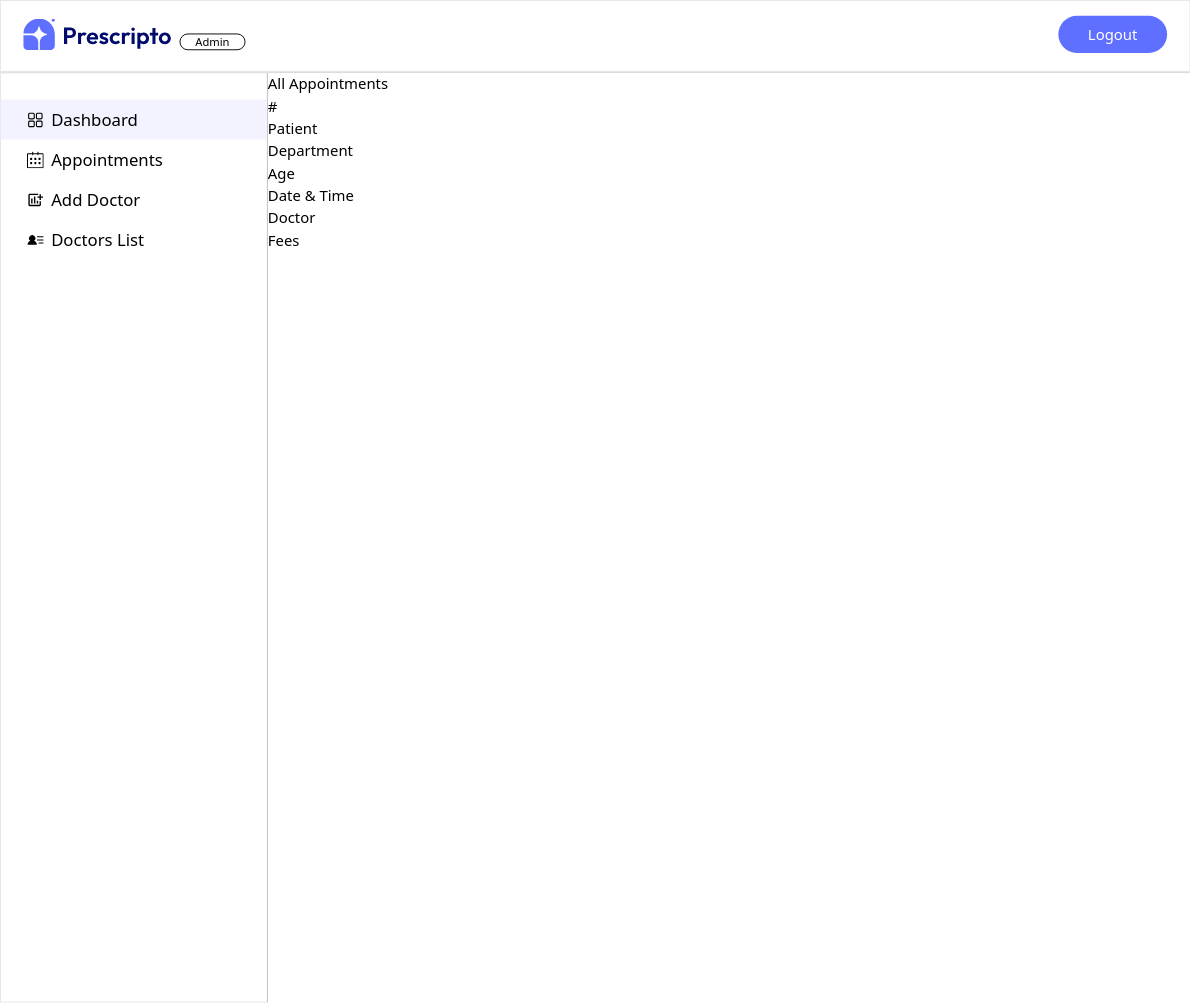
Repository: AzizHamdi99/Prescripto
Page: /allAppointments (app in AdminPanel/)
The author's editor kept a copy of each file at every save. The page is drawn from the files as they stood at one save, then again after the next save.
The browser window is 1280 px wide. The pictures show the whole page, at 93% of full size.
The page's requests for data from a server got no answer. The project was rebuilt for these pictures with package versions that can differ from the ones it lists, and the page was loaded fresh each time. No one was signed in, and anything a server would have sent is missing. Also part of the build but not shown: AdminPanel/vite.config.js, AdminPanel/src/componants/AddDoctor.jsx, AdminPanel/src/componants/DocotorsList.jsx.

Above is the page before, as saved 2025-01-17 12:53:39.

### AdminPanel/index.html
<!doctype html>
<html lang="en">
  <head>
    <meta charset="UTF-8" />
    <link rel="icon" type="image/svg+xml" href="/vite.svg" />
    <meta name="viewport" content="width=device-width, initial-scale=1.0" />
    <title>Prescripto Admin</title>
  </head>
  <body>
    <div id="root"></div>
    <script type="module" src="/src/main.jsx"></script>
  </body>
</html>

### AdminPanel/src/main.jsx
import { StrictMode } from 'react'
import { createRoot } from 'react-dom/client'
import './index.css'
import App from './App.jsx'
import { BrowserRouter } from "react-router-dom";

createRoot(document.getElementById('root')).render(
  <BrowserRouter>
    <App />
  </BrowserRouter>,
)

### AdminPanel/src/App.jsx
import { useState } from 'react'
import{Route,Routes} from 'react-router-dom'

import './App.css'
import Navbar from './componants/Navbar'
import SideBar from './componants/SideBar'
import AddDoctor from './componants/AddDoctor'
import DocotorsList from './componants/DocotorsList'
import AllAppointments from './componants/AllAppointments'

function App() {


  return (
    <div>
      <Navbar/>
      <div className='flex'>
      <SideBar/>
      <Routes>
      <Route path='/addDoctor' element={<AddDoctor/>}/>
      <Route path='/doctorsList' element={<DocotorsList/>}/>
      <Route path='allAppointments' element={<AllAppointments/>}/>
      </Routes>
      </div>
    </div>

  )
}

export default App

### AdminPanel/src/componants/Navbar.jsx
import React from 'react'
import { assets } from '../../../frontend/src/assets/assets_frontend/assets'

function Navbar() {
  return (
    <div className='flex items-center justify-between px-6 py-4 pb-5 border-b-[#BEBEBE] border-[1px]  '>
        <div className='flex items-center justify-center'>
        <img src={assets.logo} alt="" className=' w-40 mr-2'  />
         <p className=' px-4 border-black border 1 rounded-xl font-light text-xs relative top-2'>Admin</p>
                </div>
        <span className='py-2 px-8 rounded-3xl bg-[#5F6FFF] text-white'>Logout</span>



    </div>
  )
}

export default Navbar

### AdminPanel/src/componants/SideBar.jsx
import React from 'react'
import { assets } from '../../../frontend/src/assets/assets_frontend/assets'
import { RxDashboard } from "react-icons/rx";
import { SlCalender } from "react-icons/sl";
import { MdAddChart } from "react-icons/md";
import { PiUserListFill } from "react-icons/pi";
import { useNavigate } from 'react-router-dom';


function SideBar() {
  const navigate=useNavigate();
  return (
    <div className='flex flex-col py-7 w-72 text-[18px] border-r-[#BEBEBE] border-[1px] h-[1000px]'>
        <div className='flex items-center gap-2  px-7 py-2 bg-[#F2F3FF] cursor-pointer'>
        <RxDashboard />
        <p>Dashboard</p>
        </div>
        <div onClick={()=>navigate("/allAppointments")} className='flex items-center gap-2 px-7 py-2  cursor-pointer' >
        <SlCalender />
        <p>Appointments</p>
        </div>
        <div onClick={()=>navigate("/addDoctor")} className='flex items-center gap-2 px-7 py-2  cursor-pointer'>
        <MdAddChart />
        <p>Add Doctor</p>
        </div>
        <div onClick={()=>navigate("/doctorsList")}  className='flex items-center gap-2 px-7 py-2  cursor-pointer'>
        <PiUserListFill />
        <p>Doctors List</p>
        </div>

    </div>
  )
}

export default SideBar

### AdminPanel/src/componants/AllAppointments.jsx
import axios from 'axios'
import React, { useEffect, useState } from 'react'

function AllAppointments() {
const[appointments,setAppointments]=useState([])
const [users,setUsers]=useState([])

useEffect(()=>{
    const getAllApointments=async()=>{
        try{
            const response=await axios.get('http://localhost:3000/api/appointment/getAllAppointments')
            setAppointments(response.data)
         //   console.log(response.data)
            console.log(appointments)
        }catch(eroor){
            console.log(eroor)
        }
    }

    const getAllUsers=async()=>{
        try{
            const response=await axios.get('http://localhost:3000/api/user/getAllUsers')
            setUsers(response.data)
        }catch(error){
            console.log(error)
        }
    }
    getAllApointments()
    getAllUsers()

},[])
useEffect(() => {
    console.log( appointments); // Log updated state
}, [appointments]); // Log whenever the state changes

  return (
    <div>
        <p>All Appointments</p>
        <div>
            <div>
                <p>#</p>
                <p>Patient</p>
                <p>Department</p>
                <p>Age</p>
                <p>Date & Time</p>
                <p>Doctor</p>
                <p>Fees</p>
            </div>
            <div>
                {appointments.map((item)=>{


                })}

            </div>

        </div>

    </div>
  )
}

export default AllAppointments

### frontend/src/assets/assets_frontend/assets.js
import appointment_img from './appointment_img.png'
import header_img from './header_img.png'
import group_profiles from './group_profiles.png'
import profile_pic from './profile_pic.png'
import contact_image from './contact_image.png'
import about_image from './about_image.png'
import logo from './logo.svg'
import dropdown_icon from './dropdown_icon.svg'
import dropup_icon from './arrow-drop-up.svg'
import menu_icon from './menu_icon.svg'
import cross_icon from './cross_icon.png'
import chats_icon from './chats_icon.svg'
import verified_icon from './verified_icon.svg'
import arrow_icon from './arrow_icon.svg'
import info_icon from './info_icon.svg'
import upload_icon from './upload_icon.png'
import stripe_logo from './stripe_logo.png'
import razorpay_logo from './razorpay_logo.png'
import doc1 from './doc1.png'
import doc2 from './doc2.png'
import doc3 from './doc3.png'
import doc4 from './doc4.png'
import doc5 from './doc5.png'
import doc6 from './doc6.png'
import doc7 from './doc7.png'
import doc8 from './doc8.png'
import doc9 from './doc9.png'
import doc10 from './doc10.png'
import doc11 from './doc11.png'
import doc12 from './doc12.png'
import doc13 from './doc13.png'
import doc14 from './doc14.png'
import doc15 from './doc15.png'
import Dermatologist from './Dermatologist.svg'
import Gastroenterologist from './Gastroenterologist.svg'
import General_physician from './General_physician.svg'
import Gynecologist from './Gynecologist.svg'
import Neurologist from './Neurologist.svg'
import Pediatricians from './Pediatricians.svg'
import uploadare from './upload_area.png'


export const assets = {
    appointment_img,
    header_img,
    group_profiles,
    logo,
    chats_icon,
    verified_icon,
    info_icon,
    profile_pic,
    arrow_icon,
    contact_image,
    about_image,
    menu_icon,
    cross_icon,
    dropdown_icon,
    upload_icon,
    stripe_logo,
    razorpay_logo,
    dropup_icon,
    uploadare
}

export const specialityData = [
    {
        speciality: 'General physician',
        image: General_physician
    },
    {
        speciality: 'Gynecologist',
        image: Gynecologist
    },
    {
        speciality: 'Dermatologist',
        image: Dermatologist
    },
    {
        speciality: 'Pediatricians',
        image: Pediatricians
    },
    {
        speciality: 'Neurologist',
        image: Neurologist
    },
    {
        speciality: 'Gastroenterologist',
        image: Gastroenterologist
    },
]

export const doctors = [
    {
        _id: 'doc1',
        name: 'Dr. Richard James',
        image: doc1,
        speciality: 'General physician',
        degree: 'MBBS',
        experience: '4 Years',
        about: 'Dr. Davis has a strong commitment to delivering comprehensive medical care, focusing on preventive medicine, early diagnosis, and effective treatment strategies. Dr. Davis has a strong commitment to delivering comprehensive medical care, focusing on preventive medicine, early diagnosis, and effective treatment strategies.',
        fees: 50,
        address: {
            line1: '17th Cross, Richmond',
            line2: 'Circle, Ring Road, London'
        }
    },
    {
        _id: 'doc2',
        name: 'Dr. Emily Larson',
        image: doc2,
        speciality: 'Gynecologist',
        degree: 'MBBS',
        experience: '3 Years',
        about: 'Dr. Davis has a strong commitment to delivering comprehensive medical care, focusing on preventive medicine, early diagnosis, and effective treatment strategies. Dr. Davis has a strong commitment to delivering comprehensive medical care, focusing on preventive medicine, early diagnosis, and effective treatment strategies.',
        fees: 60,
        address: {
            line1: '27th Cross, Richmond',
            line2: 'Circle, Ring Road, London'
        }
    },
    {
        _id: 'doc3',
        name: 'Dr. Sarah Patel',
        image: doc3,
        speciality: 'Dermatologist',
        degree: 'MBBS',
        experience: '1 Years',
        about: 'Dr. Davis has a strong commitment to delivering comprehensive medical care, focusing on preventive medicine, early diagnosis, and effective treatment strategies. Dr. Davis has a strong commitment to delivering comprehensive medical care, focusing on preventive medicine, early diagnosis, and effective treatment strategies.',
        fees: 30,
        address: {
            line1: '37th Cross, Richmond',
            line2: 'Circle, Ring Road, London'
        }
    },
    {
        _id: 'doc4',
        name: 'Dr. Christopher Lee',
        image: doc4,
        speciality: 'Pediatricians',
        degree: 'MBBS',
        experience: '2 Years',
        about: 'Dr. Davis has a strong commitment to delivering comprehensive medical care, focusing on preventive medicine, early diagnosis, and effective treatment strategies. Dr. Davis has a strong commitment to delivering comprehensive medical care, focusing on preventive medicine, early diagnosis, and effective treatment strategies.',
        fees: 40,
        address: {
            line1: '47th Cross, Richmond',
            line2: 'Circle, Ring Road, London'
        }
    },
    {
        _id: 'doc5',
        name: 'Dr. Jennifer Garcia',
        image: doc5,
        speciality: 'Neurologist',
        degree: 'MBBS',
        experience: '4 Years',
        about: 'Dr. Davis has a strong commitment to delivering comprehensive medical care, focusing on preventive medicine, early diagnosis, and effective treatment strategies. Dr. Davis has a strong commitment to delivering comprehensive medical care, focusing on preventive medicine, early diagnosis, and effective treatment strategies.',
        fees: 50,
        address: {
            line1: '57th Cross, Richmond',
            line2: 'Circle, Ring Road, London'
        }
    },
    {
        _id: 'doc6',
        name: 'Dr. Andrew Williams',
        image: doc6,
        speciality: 'Neurologist',
        degree: 'MBBS',
        experience: '4 Years',
        about: 'Dr. Davis has a strong commitment to delivering comprehensive medical care, focusing on preventive medicine, early diagnosis, and effective treatment strategies. Dr. Davis has a strong commitment to delivering comprehensive medical care, focusing on preventive medicine, early diagnosis, and effective treatment strategies.',
        fees: 50,
        address: {
            line1: '57th Cross, Richmond',
            line2: 'Circle, Ring Road, London'
        }
    },
    {
        _id: 'doc7',
        name: 'Dr. Christopher Davis',
        image: doc7,
        speciality: 'General physician',
        degree: 'MBBS',
        experience: '4 Years',
        about: 'Dr. Davis has a strong commitment to delivering comprehensive medical care, focusing on preventive medicine, early diagnosis, and effective treatment strategies. Dr. Davis has a strong commitment to delivering comprehensive medical care, focusing on preventive medicine, early diagnosis, and effective treatment strategies.',
        fees: 50,
        address: {
            line1: '17th Cross, Richmond',
            line2: 'Circle, Ring Road, London'
        }
    },
    {
        _id: 'doc8',
        name: 'Dr. Timothy White',
        image: doc8,
        speciality: 'Gynecologist',
        degree: 'MBBS',
        experience: '3 Years',
        about: 'Dr. Davis has a strong commitment to delivering comprehensive medical care, focusing on preventive medicine, early diagnosis, and effective treatment strategies. Dr. Davis has a strong commitment to delivering comprehensive medical care, focusing on preventive medicine, early diagnosis, and effective treatment strategies.',
        fees: 60,
        address: {
            line1: '27th Cross, Richmond',
            line2: 'Circle, Ring Road, London'
        }
    },
    {
        _id: 'doc9',
        name: 'Dr. Ava Mitchell',
        image: doc9,
        speciality: 'Dermatologist',
        degree: 'MBBS',
        experience: '1 Years',
        about: 'Dr. Davis has a strong commitment to delivering comprehensive medical care, focusing on preventive medicine, early diagnosis, and effective treatment strategies. Dr. Davis has a strong commitment to delivering comprehensive medical care, focusing on preventive medicine, early diagnosis, and effective treatment strategies.',
        fees: 30,
        address: {
            line1: '37th Cross, Richmond',
            line2: 'Circle, Ring Road, London'
        }
    },
    {
        _id: 'doc10',
        name: 'Dr. Jeffrey King',
        image: doc10,
        speciality: 'Pediatricians',
        degree: 'MBBS',
        experience: '2 Years',
        about: 'Dr. Davis has a strong commitment to delivering comprehensive medical care, focusing on preventive medicine, early diagnosis, and effective treatment strategies. Dr. Davis has a strong commitment to delivering comprehensive medical care, focusing on preventive medicine, early diagnosis, and effective treatment strategies.',
        fees: 40,
        address: {
            line1: '47th Cross, Richmond',
            line2: 'Circle, Ring Road, London'
        }
    },
    {
        _id: 'doc11',
        name: 'Dr. Zoe Kelly',
        image: doc11,
        speciality: 'Neurologist',
        degree: 'MBBS',
        experience: '4 Years',
        about: 'Dr. Davis has a strong commitment to delivering comprehensive medical care, focusing on preventive medicine, early diagnosis, and effective treatment strategies. Dr. Davis has a strong commitment to delivering comprehensive medical care, focusing on preventive medicine, early diagnosis, and effective treatment strategies.',
        fees: 50,
        address: {
            line1: '57th Cross, Richmond',
            line2: 'Circle, Ring Road, London'
        }
    },
    {
        _id: 'doc12',
        name: 'Dr. Patrick Harris',
        image: doc12,
        speciality: 'Neurologist',
        degree: 'MBBS',
        experience: '4 Years',
        about: 'Dr. Davis has a strong commitment to delivering comprehensive medical care, focusing on preventive medicine, early diagnosis, and effective treatment strategies. Dr. Davis has a strong commitment to delivering comprehensive medical care, focusing on preventive medicine, early diagnosis, and effective treatment strategies.',
        fees: 50,
        address: {
            line1: '57th Cross, Richmond',
            line2: 'Circle, Ring Road, London'
        }
    },
    {
        _id: 'doc13',
        name: 'Dr. Chloe Evans',
        image: doc13,
        speciality: 'General physician',
        degree: 'MBBS',
        experience: '4 Years',
        about: 'Dr. Davis has a strong commitment to delivering comprehensive medical care, focusing on preventive medicine, early diagnosis, and effective treatment strategies. Dr. Davis has a strong commitment to delivering comprehensive medical care, focusing on preventive medicine, early diagnosis, and effective treatment strategies.',
        fees: 50,
        address: {
            line1: '17th Cross, Richmond',
            line2: 'Circle, Ring Road, London'
        }
    },
    {
        _id: 'doc14',
        name: 'Dr. Ryan Martinez',
        image: doc14,
        speciality: 'Gynecologist',
        degree: 'MBBS',
        experience: '3 Years',
        about: 'Dr. Davis has a strong commitment to delivering comprehensive medical care, focusing on preventive medicine, early diagnosis, and effective treatment strategies. Dr. Davis has a strong commitment to delivering comprehensive medical care, focusing on preventive medicine, early diagnosis, and effective treatment strategies.',
        fees: 60,
        address: {
            line1: '27th Cross, Richmond',
            line2: 'Circle, Ring Road, London'
        }
    },
    {
        _id: 'doc15',
        name: 'Dr. Amelia Hill',
        image: doc15,
        speciality: 'Dermatologist',
        degree: 'MBBS',
        experience: '1 Years',
        about: 'Dr. Davis has a strong commitment to delivering comprehensive medical care, focusing on preventive medicine, early diagnosis, and effective treatment strategies. Dr. Davis has a strong commitment to delivering comprehensive medical care, focusing on preventive medicine, early diagnosis, and effective treatment strategies.',
        fees: 30,
        address: {
            line1: '37th Cross, Richmond',
            line2: 'Circle, Ring Road, London'
        }
    },
]

Loaded but not shown: AdminPanel/src/index.css (common file); AdminPanel/tailwind.config.js (common file); AdminPanel/src/App.css (no stored copy; drawn as an empty file)

After the next save:
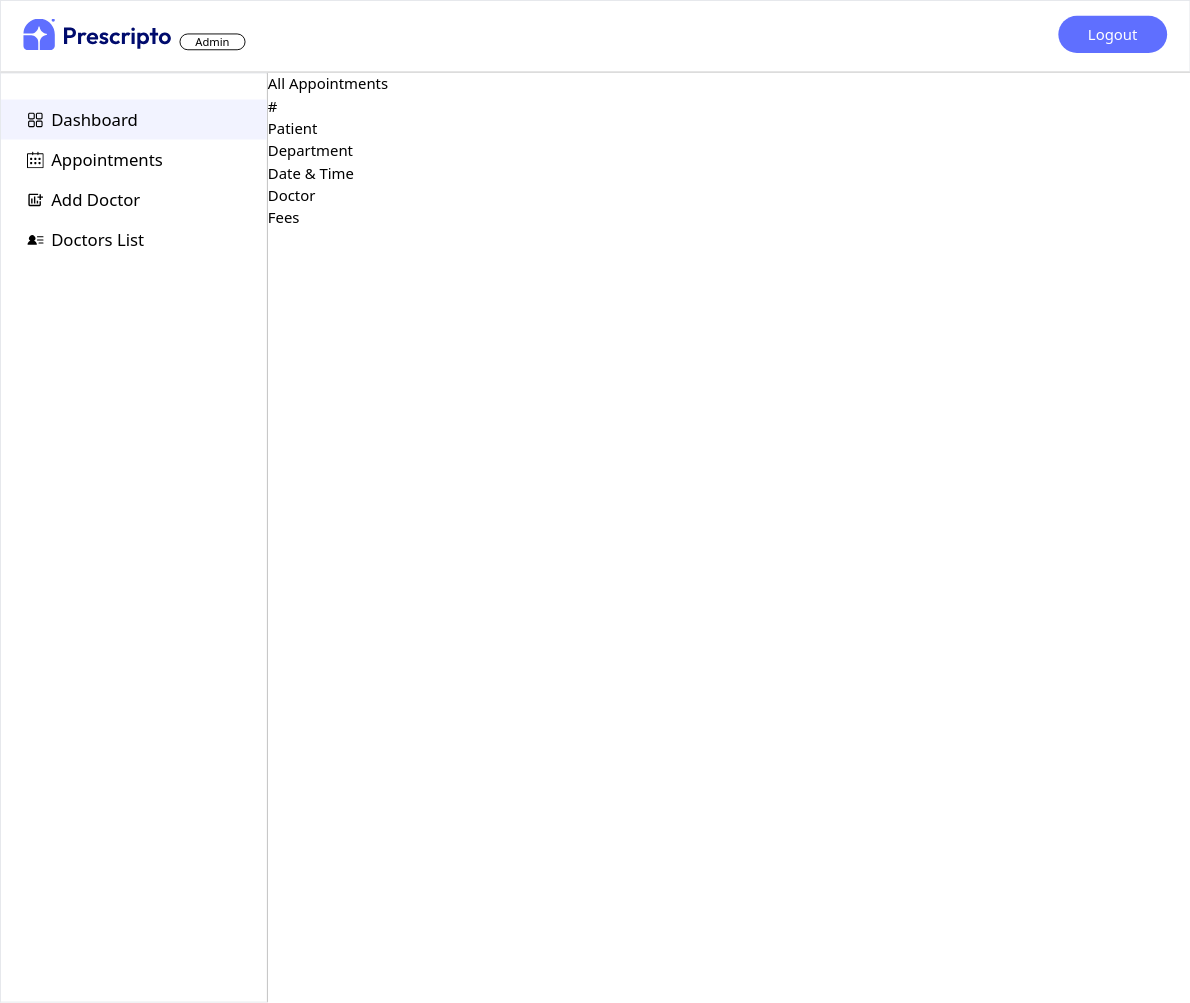
Saved 82 s later.
--- a/AdminPanel/src/componants/AllAppointments.jsx
+++ b/AdminPanel/src/componants/AllAppointments.jsx
@@ -21,6 +21,7 @@
         try{
             const response=await axios.get('http://localhost:3000/api/user/getAllUsers')
             setUsers(response.data)
+            console.log(users)
         }catch(error){
             console.log(error)
         }
@@ -41,7 +42,6 @@
                 <p>#</p>
                 <p>Patient</p>
                 <p>Department</p>
-                <p>Age</p>
                 <p>Date & Time</p>
                 <p>Doctor</p>
                 <p>Fees</p>
